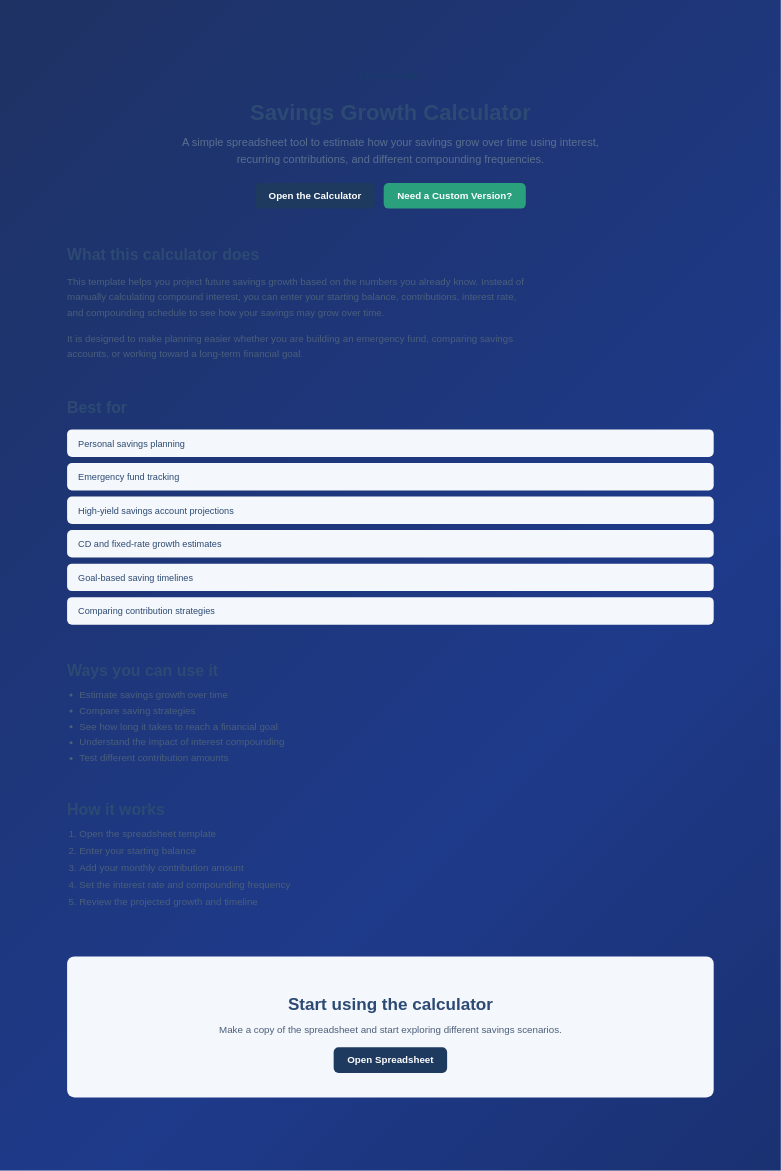
Repository: kmm569/gothamsolutions
Page: templates/savings-growth-calculator/index.html
The author's editor kept a copy of each file at every save. The page is drawn from the files as they stood at one save, then again after the next save.
The browser window is 1280 px wide. The pictures show the whole page, at 61% of full size.

Above is the page before, as saved 2026-03-16 18:29:56.
Not found: components/footer.js
Not found: components/header.js

### templates/savings-growth-calculator/index.html
<!DOCTYPE html>
<html lang="en">
<head>
	<meta charset="UTF-8">
	<meta name="viewport" content="width=device-width, initial-scale=1.0">
	<title>Savings Growth Calculator | Gotham Solutions</title>
	<meta name="description" content="Use this free Savings Growth Calculator to estimate account growth over time with interest, recurring contributions, and different compounding frequencies.">
	<meta name="keywords" content="savings growth calculator, compound interest calculator, savings calculator, google sheets savings calculator, APY calculator, CD calculator, high yield savings calculator, Gotham Solutions">
	<meta name="author" content="Gotham Solutions">
	<meta name="robots" content="index, follow">
	<link rel="canonical" href="https://solutions.gothamstudio.us/templates/savings-growth-calculator/">

	<meta property="og:type" content="website">
	<meta property="og:title" content="Savings Growth Calculator | Gotham Solutions">
	<meta property="og:description" content="Estimate how your savings can grow with compound interest, recurring deposits, and flexible compounding options.">
	<meta property="og:url" content="https://solutions.gothamstudio.us/templates/savings-growth-calculator.html">
	<meta property="og:site_name" content="Gotham Solutions">

	<meta name="twitter:card" content="summary_large_image">
	<meta name="twitter:title" content="Savings Growth Calculator | Gotham Solutions">
	<meta name="twitter:description" content="A free spreadsheet-based calculator for projecting savings growth over time.">

	<link rel="stylesheet" href="../../styles.css">
<link rel="stylesheet" href="../template.css">
<link rel="icon" type="image/x-icon" href="../../icons/favicon.ico">
</head>
<body class="template-page">

<div id="site-header"></div>

<main class="container">

	<section class="template-hero">
		<p class="template-eyebrow">Free Template</p>

		<h1>Savings Growth Calculator</h1>

		<p class="template-subtitle">
			A simple spreadsheet tool to estimate how your savings grow over time using interest,
			recurring contributions, and different compounding frequencies.
		</p>

		<div class="template-actions">
			<a class="primary-btn"
			   href="https://docs.google.com/spreadsheets/d/1VT0dD_Vo8HOYTShhIwzNmFUfpdrWOXlRCeDaf0q9Vfo/edit?usp=sharing"
			   target="_blank">Open the Calculator</a>

			<a class="secondary-btn"
			   href="/contact/">Need a Custom Version?</a>
		</div>
	</section>


	<section class="template-description">

		<h2>What this calculator does</h2>

		<p>
			This template helps you project future savings growth based on the numbers you already
			know. Instead of manually calculating compound interest, you can enter your starting
			balance, contributions, interest rate, and compounding schedule to see how your savings
			may grow over time.
		</p>

		<p>
			It is designed to make planning easier whether you are building an emergency fund,
			comparing savings accounts, or working toward a long-term financial goal.
		</p>

	</section>


	<section class="template-features">

		<h2>Best for</h2>

		<ul class="feature-list">
			<li>Personal savings planning</li>
			<li>Emergency fund tracking</li>
			<li>High-yield savings account projections</li>
			<li>CD and fixed-rate growth estimates</li>
			<li>Goal-based saving timelines</li>
			<li>Comparing contribution strategies</li>
		</ul>

	</section>


	<section class="template-use-cases">

		<h2>Ways you can use it</h2>

		<ul>
			<li>Estimate savings growth over time</li>
			<li>Compare saving strategies</li>
			<li>See how long it takes to reach a financial goal</li>
			<li>Understand the impact of interest compounding</li>
			<li>Test different contribution amounts</li>
		</ul>

	</section>


	<section class="template-how-it-works">

		<h2>How it works</h2>

		<ol>
			<li>Open the spreadsheet template</li>
			<li>Enter your starting balance</li>
			<li>Add your monthly contribution amount</li>
			<li>Set the interest rate and compounding frequency</li>
			<li>Review the projected growth and timeline</li>
		</ol>

	</section>


	<section class="template-cta">

		<h2>Start using the calculator</h2>

		<p>
			Make a copy of the spreadsheet and start exploring different savings scenarios.
		</p>

		<div class="template-actions">
			<a class="primary-btn"
			   href="https://docs.google.com/spreadsheets/d/1VT0dD_Vo8HOYTShhIwzNmFUfpdrWOXlRCeDaf0q9Vfo/edit?usp=sharing"
			   target="_blank">Open Spreadsheet</a>
		</div>

	</section>

</main>

<div id="site-footer"></div>

<script src="../../components/header.js"></script>
<script src="../../components/footer.js"></script>

</body>
</html>

### styles.css
*,
*::before,
*::after {
	box-sizing: border-box;
}

body {
	background: #ffffff;
	color: #1a3d6b;
	font-family: Arial, sans-serif;
	margin: 0;
	padding: 0;
	display: flex;
	flex-direction: column;
	min-height: 100vh;
}

header {
	position: sticky;
	top: 0;
	z-index: 100;

	display: flex;
	flex-direction: column;
	align-items: center;
	justify-content: center;

	height: 78px;

	padding: 6px 20px;

	background: rgba(255, 255, 255, 0.9);
	backdrop-filter: blur(6px);

	box-shadow: 0 2px 10px rgba(0, 0, 0, 0.08);
}

.logo-container {
	display: flex;
	align-items: center;
	gap: 10px;

	flex-shrink: 0;

	height: 44px;
	overflow: hidden;

	transition:
		max-height 0.25s ease,
		opacity 0.2s ease,
		transform 0.25s ease;
}

/* compact header when scrolling
header.scrolled {
	padding: 10px 20px;
	box-shadow: 0 6px 18px rgba(0, 0, 0, 0.15);
}*/

header.scrolled .logo-container {
	max-height: 0;
	opacity: 0;
	transform: translateY(-10px);
}

@media (max-width: 600px) {
	header {
		padding: 16px 12px;
	}
}

header h1 {
	font-size: 22px;
	margin: 0;
}

.logo {
	height: 34px;
	width: auto;
}

nav ul {
	display: flex;
	gap: 28px;
	list-style: none;
	padding: 0;
	margin: 4px 0 0 0;
}

.nav-link {
	text-decoration: none;

	color: #334155;
	font-weight: 500;

	position: relative;

	transition: color 0.2s ease;
}

.nav-link:hover {
	color: #2563eb;
}

.nav-link::after {
	content: "";

	position: absolute;
	left: 0;
	bottom: -4px;

	width: 0;
	height: 2px;

	background: #2563eb;

	transition: width 0.2s ease;
}

.nav-link:hover::after {
	width: 100%;
}

main {
	flex: 1;
	padding: 40px 20px;
	width: 100%;
	max-width: 1100px;
	margin: 0 auto;
}

/* HERO */

.hero {
	text-align: center;
	margin-bottom: 50px;
}

.hero h2 {
	font-size: 2em;
	margin-bottom: 15px;
}

.hero-text {
	max-width: 650px;
	margin: auto;
	font-size: 1.1em;
	line-height: 1.5;
}

.hero-sub {
	margin-top: 0.75rem;
	font-size: 0.95rem;
	color: #5a6b82;
}

@media (max-width: 600px) {
	.hero-text {
		max-width: 100%;
		padding: 0 6px;
	}
}

.hero-buttons {
	margin-top: 20px;
	display: flex;
	gap: 15px;
	justify-content: center;
	flex-wrap: wrap;
}

/* BUTTONS */

.button-primary {
	background: #1a3d6b;
	color: white;
	padding: 12px 24px;
	border-radius: 8px;
	text-decoration: none;
	font-weight: bold;
}

.button-secondary {
	background: #16a085;
	color: white;
	padding: 12px 24px;
	border-radius: 8px;
	text-decoration: none;
	font-weight: bold;
}

@media (max-width: 600px) {
	.button-primary,
	.button-secondary {
		padding: 10px 18px;
		font-size: 0.95em;
	}
}

/* SERVICES */

.services {
	margin-bottom: 50px;
	margin-top: 0;
	padding-top: 1rem;
}

.services h2 {
	text-align: center;
	margin-bottom: 25px;
}

.service-grid {
	display: grid;
	grid-template-columns: repeat(auto-fit, minmax(220px, 1fr));
	gap: 20px;
}

@media (max-width: 600px) {
	.service-grid {
		grid-template-columns: 1fr;
		gap: 18px;
	}
}

.service-card {
	background: #f5f5f5;
	padding: 20px;
	border-radius: 10px;
	box-shadow: 0 4px 10px rgba(0, 0, 0, 0.1);
}

/* PROCESS */

.process {
	margin-bottom: 20px;
}

.process h2 {
	text-align: center;
	margin-bottom: 25px;
}

.process-grid {
	display: grid;
	grid-template-columns: repeat(auto-fit, minmax(220px, 1fr));
	gap: 20px;
}

.process-step {
	background: #f5f5f5;
	padding: 20px;
	border-radius: 10px;
	box-shadow: 0 4px 10px rgba(0, 0, 0, 0.1);
}

/* CTA */

.cta {
	text-align: center;
	background: #f5f5f5;
	padding: 30px;
	border-radius: 10px;
	max-width: 700px;
	margin: 0 auto;
}

.cta p {
	max-width: 600px;
	margin: 10px auto 20px auto;
}

/* FORM */

.contact-section {
	max-width: 900px;
	margin: 60px auto;
	padding: 0 20px;
}

.form-card {
	background: #f5f5f5;
	padding: 30px;
	border-radius: 10px;
	box-shadow: 0 6px 14px rgba(0, 0, 0, 0.15);

	width: 100%;
	max-width: 900px;

	margin: 0 auto;
}

.form-card form {
	width: 100%;
}

form {
	display: flex;
	flex-direction: column;
	gap: 14px;
}

input,
select,
textarea {
	width: 100%;
	padding: 14px;
	font-size: 15px;
}

.submit-button {
	margin-top: 10px;
	padding: 12px;
	border: none;
	background: #1a3d6b;
	color: white;
	font-weight: bold;
	border-radius: 8px;
	cursor: pointer;
}

.submit-button:hover {
	background: #163457;
}

input,
select,
textarea {
	width: 100%;
	padding: 12px;
	border-radius: 6px;
	border: 1px solid #ccc;
	font-size: 14px;
	box-sizing: border-box;
}

/* WHY SECTION */

.why-section {
	margin: 50px 0;
	background: #f5f5f5;
	padding: 30px;
	border-radius: 10px;
	box-shadow: 0 4px 10px rgba(0, 0, 0, 0.1);
}

.why-section h2 {
	text-align: center;
	margin-bottom: 10px;
}

.why-section > p {
	text-align: center;
	max-width: 650px;
	margin: 0 auto 25px auto;
}

footer {
	background: #e0e0e0;
	padding: 12px;
	text-align: center;
}

/* WHY GOTHAM SOLUTIONS LIST */

.about-points {
	list-style: none;
	padding: 0;
	margin-top: 20px;

	display: flex;
	flex-direction: column;
	gap: 18px;
}

.about-points li {
	position: relative;
	padding-left: 34px;
	line-height: 1.5;
}

.about-points li::before {
	content: "";

	position: absolute;
	left: 0;
	top: 3px;

	width: 16px;
	height: 16px;

	background-color: #2c3e50;

	mask: url("/icons/target.svg") no-repeat center;
	mask-size: contain;

	-webkit-mask: url("/icons/target.svg") no-repeat center;
	-webkit-mask-size: contain;
}

body {
	background: linear-gradient(-45deg, #0f172a, #1e3a8a, #1e293b, #2563eb);

	background-size: 400% 400%;
	animation: gradientShift 15s ease infinite;

	min-height: 100vh;
}

@keyframes gradientShift {
	0% {
		background-position: 0% 50%;
	}
	50% {
		background-position: 100% 50%;
	}
	100% {
		background-position: 0% 50%;
	}
}

.content-wrapper {
	max-width: 1100px;
	margin: 40px auto;
	padding: 40px;

	background: rgba(255, 255, 255, 0.85);

	border-radius: 14px;

	box-shadow: 0 10px 30px rgba(0, 0, 0, 0.25);

	backdrop-filter: blur(6px);
}

.service-card,
.process-step {
	background: #ffffff;
	border-radius: 12px;

	padding: 24px;

	box-shadow: 0 6px 18px rgba(0, 0, 0, 0.08);

	transition:
		transform 0.2s ease,
		box-shadow 0.2s ease;
}

.service-card:hover,
.process-step:hover {
	transform: translateY(-6px);

	box-shadow: 0 14px 32px rgba(0, 0, 0, 0.15);
}

.service-card::before,
.process-step::before {
	content: "";
	display: block;

	height: 4px;
	width: 40px;

	background: #2563eb;

	border-radius: 4px;

	margin-bottom: 12px;
}

.templates-grid {
	display: grid;
	grid-template-columns: repeat(auto-fit, minmax(260px, 1fr));
	gap: 24px;
	margin-top: 30px;
}

.template-card {
	background: #ffffff;
	border-radius: 12px;
	padding: 24px;

	box-shadow: 0 6px 18px rgba(0, 0, 0, 0.08);

	display: flex;
	flex-direction: column;
	gap: 12px;

	transition:
		transform 0.2s ease,
		box-shadow 0.2s ease;
}

.template-card:hover {
	transform: translateY(-6px);
	box-shadow: 0 14px 32px rgba(0, 0, 0, 0.15);
}

.template-preview {
	width: 100%;
	max-height: 420px;

	object-fit: cover;

	border-radius: 10px;
	margin-bottom: 16px;

	box-shadow: 0 8px 20px rgba(0, 0, 0, 0.18);
}

.template-gallery {
	display: flex;
	gap: 12px;
	margin-bottom: 18px;
	flex-wrap: wrap;
}

.template-gallery img {
	width: 90px;
	height: 65px;

	object-fit: cover;

	border-radius: 6px;
	cursor: pointer;

	transition:
		transform 0.15s ease,
		box-shadow 0.15s ease;
}

.template-gallery img:hover {
	transform: scale(1.05);
	box-shadow: 0 6px 12px rgba(0, 0, 0, 0.15);
}

.template-card .button-primary {
	width: 100%;
	text-align: center;
}

.review-grid {
	display: grid;
	grid-template-columns: repeat(auto-fit, minmax(260px, 1fr));
	gap: 24px;
	margin-top: 32px;
}

.review-card {
	background: #fff;
	padding: 24px;
	border-radius: 10px;
	box-shadow: 0 4px 12px rgba(0, 0, 0, 0.08);
}

.review-card p {
	margin: 10px 0;
}

.stars {
	color: #f5b301;
	font-size: 18px;
}

.review-average {
	font-size: 20px;
	margin-bottom: 20px;
}

.review-form {
	max-width: 600px;
	margin-top: 24px;
	display: flex;
	flex-direction: column;
	gap: 12px;
}

.review-form label {
	margin-top: 8px;
}

.review-form input,
.review-form textarea,
.review-form select {
	padding: 10px;
	border: 1px solid #ccc;
	border-radius: 6px;
	font-size: 14px;
}

.review-form textarea {
	min-height: 120px;
	resize: vertical;
}

.review-form button {
	margin-top: 16px;
	padding: 12px;
	background: #1d3557;
	color: white;
	border: none;
	border-radius: 6px;
	cursor: pointer;
	font-weight: 600;
}

.review-form button:hover {
	background: #274777;
}

.review-form {
	max-width: 600px;
	margin: 24px auto 0 auto;
	display: flex;
	flex-direction: column;
	gap: 12px;
}

.review-card strong {
	display: block;
	margin-top: 8px;
	color: #1a3d6b;
}

.review-empty {
	text-align: center;
	max-width: 520px;
	margin: 60px auto 40px auto;
}

.review-empty h3 {
	margin: 10px 0 8px 0;
}

.review-empty p {
	margin-bottom: 14px;
	color: #475569;
	line-height: 1.5;
}

.review-empty .stars {
	font-size: 28px;
	margin-bottom: 12px;
}

.star-rating {
	color: #ccc;
	cursor: pointer;
	user-select: none;
	font-size: 28px;

	display: flex;
	align-items: center;
	gap: 4px;

	margin: 6px 0 6px 0;
}

.star-rating span {
	margin-right: 6px;
	transition: color 0.15s ease;
}

.star-rating span.active {
	color: #f5b301;
}

.star-rating span:hover {
	color: #f5b301;
	transform: scale(1.1);
}

.anon-option {
	display: flex;
	align-items: center;
	gap: 8px;
	font-size: 14px;
	margin-top: 6px;
	margin: 4px 0 8px 0;
}

.anon-option input {
	width: auto;
	margin: 0;
}

.review-form input:disabled {
	background: #f2f2f2;
	color: #777;
	cursor: not-allowed;
}

.footer-nav {
	margin-bottom: 0.75rem;
}

.footer-nav a {
	margin: 0 0.75rem;
	color: inherit;
	text-decoration: none;
	font-weight: 500;
}

.footer-nav a:hover {
	text-decoration: underline;
}

footer {
	background: #0f172a;
	color: #e2e8f0;
	margin-top: 60px;
}

.footer-inner {
	max-width: 1100px;
	margin: auto;
	padding: 40px 20px;
}

.footer-grid {
	display: grid;
	grid-template-columns: repeat(auto-fit, minmax(200px, 1fr));
	gap: 32px;
}

.footer-brand h3 {
	margin-bottom: 10px;
}

.footer-brand p {
	color: #94a3b8;
	line-height: 1.6;
}

.footer-links h4,
.footer-contact h4 {
	margin-bottom: 10px;
}

.footer-links nav {
	display: flex;
	flex-direction: column;
	gap: 6px;
}

.footer-links a,
.footer-contact a {
	color: #cbd5f5;
	text-decoration: none;
}

.footer-links a:hover,
.footer-contact a:hover {
	text-decoration: underline;
}

.footer-bottom {
	margin-top: 30px;
	padding-top: 20px;
	border-top: 1px solid #334155;
	text-align: center;
	font-size: 0.9rem;
	color: #94a3b8;
}

.review-loading,
.review-error {
	text-align: center;
	max-width: 520px;
	margin: 32px auto 16px auto;
	padding: 32px 24px;
	background: #fff;
	border-radius: 12px;
	box-shadow: 0 4px 12px rgba(0, 0, 0, 0.08);
}

.review-loading h3,
.review-error h3 {
	margin: 12px 0 8px 0;
}

.review-loading p,
.review-error p {
	margin: 0;
	color: #475569;
	line-height: 1.5;
}

.review-loading-spinner {
	width: 40px;
	height: 40px;
	margin: 0 auto 12px auto;
	border: 4px solid #dbe4f0;
	border-top-color: #1d3557;
	border-radius: 50%;
	animation: reviewSpin 0.8s linear infinite;
}

@keyframes reviewSpin {
	from {
		transform: rotate(0deg);
	}
	to {
		transform: rotate(360deg);
	}
}

.review-readmore {
	background: none;
	border: none;
	color: #1d3557;
	font-weight: 600;
	cursor: pointer;
	margin-top: 6px;
	padding: 0;
	font-size: 0.9rem;
}

.review-readmore:hover {
	text-decoration: underline;
}
/* MOBILE HEADER + BURGER */

.site-header {
	background: #ffffff;
	border-bottom: 1px solid #e2e8f0;
	position: sticky;
	top: 0;
	z-index: 100;
}

.header-inner {
	max-width: 1100px;
	margin: auto;
	padding: 16px 20px;

	display: flex;
	align-items: center;
	justify-content: space-between;
}

/* logo */

.logo-link {
	display: flex;
	align-items: center;
	gap: 8px;

	text-decoration: none;
	color: #1e293b;
}

.logo {
	height: 26px;
	width: auto;
}

.logo-text {
	font-size: 18px;
	font-weight: 600;
}

/* nav */

.main-nav ul {
	display: flex;
	gap: 22px;
	list-style: none;
	margin: 0;
	padding: 0;
}

.nav-link {
	text-decoration: none;
	color: #1e293b;
	font-weight: 500;
}

.nav-link:hover {
	color: #1d3557;
}

/* burger */

.nav-toggle {
	display: none;
	background: none;
	border: none;
	cursor: pointer;

	margin-left: auto;

	width: 30px;
	height: 22px;

	position: relative;
	flex-shrink: 0;
}

.nav-toggle .bar {
	position: absolute;
	left: 0;

	width: 100%;
	height: 2px;

	background: #1e293b;

	transition: all 0.25s ease;
}

.nav-toggle .bar:nth-child(1) {
	top: 0;
}

.nav-toggle .bar:nth-child(2) {
	top: 10px;
}

.nav-toggle .bar:nth-child(3) {
	top: 20px;
}

/* burger animation */

.nav-toggle.toggle-open .bar:nth-child(1) {
	transform: rotate(45deg);
	top: 10px;
}

.nav-toggle.toggle-open .bar:nth-child(2) {
	opacity: 0;
}

.nav-toggle.toggle-open .bar:nth-child(3) {
	transform: rotate(-45deg);
	top: 10px;
}

/* mobile nav */

@media (max-width: 900px) {

	.header-inner {
	width: 100%;
	max-width: none;
	padding: 16px 16px;
}
	.nav-toggle {
		display: block;
	}

	.main-nav {
		position: absolute;
		top: 70px;
		left: 0;

		width: 100%;
		background: #ffffff;

		border-bottom: 1px solid #e2e8f0;

		max-height: 0;
		overflow: hidden;

		transition: max-height 0.25s ease;
	}

	.main-nav ul {
		flex-direction: column;
		padding: 18px 20px;
		gap: 0;
	}

	.main-nav li {
		padding: 14px 0;
		border-bottom: 1px solid #f1f5f9;
	}

	.main-nav li:last-child {
		border-bottom: none;
	}

	.main-nav.nav-open {
		max-height: 420px;
	}
}

/* DESKTOP HEADER FIX */

@media (min-width: 769px) {

	.header-inner {
		max-width: 1100px;
		margin: 0 auto;
		width: 100%;
		display: flex;
		align-items: center;
		justify-content: space-between;
	}

}

/* mobile */
@media (max-width: 768px) {

	.header-inner {
		max-width: none;
		width: 100%;
		margin: 0;
		padding: 16px 20px;
	}

}

### templates/template.css
/* ===========================
   TEMPLATE PAGE
=========================== */

.template-page {
	padding-top: 60px;
	padding-bottom: 80px;
}


/* ===========================
   HERO
=========================== */

.template-hero {
	text-align: center;
	margin-bottom: 40px;
}

.template-hero h1 {
	font-size: 36px;
	font-weight: 700;
	color: #2c4a73;
	margin-bottom: 15px;
}

.template-subtitle {
	font-size: 18px;
	color: #5a6f8f;
	max-width: 700px;
	margin: 0 auto 25px auto;
	line-height: 1.5;
}


/* ===========================
   ACTION BUTTONS
=========================== */

.template-actions {
	display: flex;
	justify-content: center;
	gap: 15px;
	margin-top: 15px;
}

.primary-btn {
	background: #1e3a5f;
	color: #fff;
	padding: 12px 22px;
	border-radius: 8px;
	font-weight: 600;
	text-decoration: none;
	transition: background 0.2s ease;
}

.primary-btn:hover {
	background: #2c4a73;
}

.secondary-btn {
	background: #2aa07c;
	color: #fff;
	padding: 12px 22px;
	border-radius: 8px;
	font-weight: 600;
	text-decoration: none;
	transition: background 0.2s ease;
}

.secondary-btn:hover {
	background: #238a6a;
}


/* ===========================
   TEMPLATE PREVIEW
=========================== */

.template-main-preview {
	text-align: center;
	margin: 50px 0;
}

.template-preview-image {
	width: 100%;
	max-width: 900px;
	border-radius: 12px;
	box-shadow: 0 10px 25px rgba(0,0,0,0.08);
}


/* ===========================
   CONTENT SECTIONS
=========================== */

.template-description,
.template-features,
.template-use-cases,
.template-how-it-works {
	margin-top: 60px;
}

.template-description h2,
.template-features h2,
.template-use-cases h2,
.template-how-it-works h2 {
	font-size: 26px;
	color: #2c4a73;
	margin-bottom: 15px;
}

.template-description p,
.template-use-cases p {
	font-size: 16px;
	line-height: 1.6;
	color: #4b5f7b;
	max-width: 750px;
}


/* ===========================
   FEATURES LIST
=========================== */

.feature-list {
	list-style: none;
	padding: 0;
	margin-top: 20px;
}

.feature-list li {
	background: #f4f7fb;
	padding: 14px 18px;
	margin-bottom: 10px;
	border-radius: 8px;
	font-size: 15px;
	color: #2c4a73;
}


/* ===========================
   USE CASE LIST
=========================== */

.template-use-cases ul {
	margin-top: 15px;
	padding-left: 20px;
}

.template-use-cases li {
	margin-bottom: 8px;
	color: #4b5f7b;
}


/* ===========================
   HOW IT WORKS
=========================== */

.template-how-it-works ol {
	margin-top: 15px;
	padding-left: 20px;
}

.template-how-it-works li {
	margin-bottom: 10px;
	color: #4b5f7b;
}


/* ===========================
   FINAL CTA
=========================== */

.template-cta {
	text-align: center;
	margin-top: 80px;
	padding: 40px;
	background: #f4f7fb;
	border-radius: 12px;
}

.template-cta h2 {
	font-size: 28px;
	color: #2c4a73;
	margin-bottom: 10px;
}

.template-cta p {
	margin-bottom: 20px;
	color: #4b5f7b;
}

### js/layout.js
async function loadComponent(id, url)
{
	const element = document.getElementById(id);

	if (!element) return;

	try
	{
		const res = await fetch(url);

		if (!res.ok)
		{
			throw new Error("Component failed to load");
		}

		const html = await res.text();

		element.innerHTML = html;

		if (id === "site-header")
		{
			initMobileNav();
		}
	}
	catch (err)
	{
		console.error("Layout load error:", err);
	}
}

function initMobileNav()
{
	const toggle = document.getElementById("nav-toggle");
	const nav = document.getElementById("main-nav");

	if (!toggle || !nav) return;

	toggle.addEventListener("click", () =>
	{
		nav.classList.toggle("nav-open");
		toggle.classList.toggle("toggle-open");
	});
}

document.addEventListener("DOMContentLoaded", () =>
{
	loadComponent("site-header", "/components/header.html");
	loadComponent("site-footer", "/components/footer.html");
});

### components/header.html
<header class="site-header">

	<div class="header-inner">

		<div class="logo-container">

			<a href="/" class="logo-link">
				<img src="/LogoSolo.png" alt="Gotham Solutions Logo" class="logo">
				<span class="logo-text">Gotham Solutions</span>
			</a>

		</div>

		<button class="nav-toggle" id="nav-toggle" aria-label="Toggle navigation">

			<span class="bar"></span>
			<span class="bar"></span>
			<span class="bar"></span>

		</button>

		<nav class="main-nav" id="main-nav">

			<ul>

				<li><a href="/" class="nav-link">Home</a></li>
				<li><a href="/services/" class="nav-link">Services</a></li>
				<li><a href="/templates/" class="nav-link">Templates</a></li>
				<li><a href="/about/" class="nav-link">About</a></li>
				<li><a href="/contact/" class="nav-link">Contact</a></li>
				<li><a href="/reviews/" class="nav-link">Reviews</a></li>
				<li><a href="/faq/" class="nav-link">FAQ</a></li>

			</ul>

		</nav>

	</div>

</header>

### components/footer.html
<footer>

	<div class="footer-inner">

		<div class="footer-grid">

			<div class="footer-brand">

				<h3>Gotham Solutions</h3>

				<p>
					Custom spreadsheet systems, dashboards, and workflow automation
					for small businesses.
				</p>

			</div>

			<div class="footer-links">

				<h4>Navigation</h4>

				<nav>

					<a href="/">Home</a>
					<a href="/services/">Services</a>
					<a href="/templates/">Templates</a>
					<a href="/about/">About</a>
					<a href="/contact/">Contact</a>
					<a href="/reviews/">Reviews</a>
					<a href="/faq/">FAQ</a>

				</nav>

			</div>

			<div class="footer-contact">

				<h4>Contact</h4>

				<p>Gotham Solutions</p>

				<p>
					<a href="mailto:Solutions@gothamstudio.us">
						Solutions@GothamStudio.US
					</a>
				</p>

			</div>

		</div>

		<div class="footer-bottom">

			<p>© 2026 Gotham Solutions</p>

		</div>

	</div>

</footer>

After the next save:
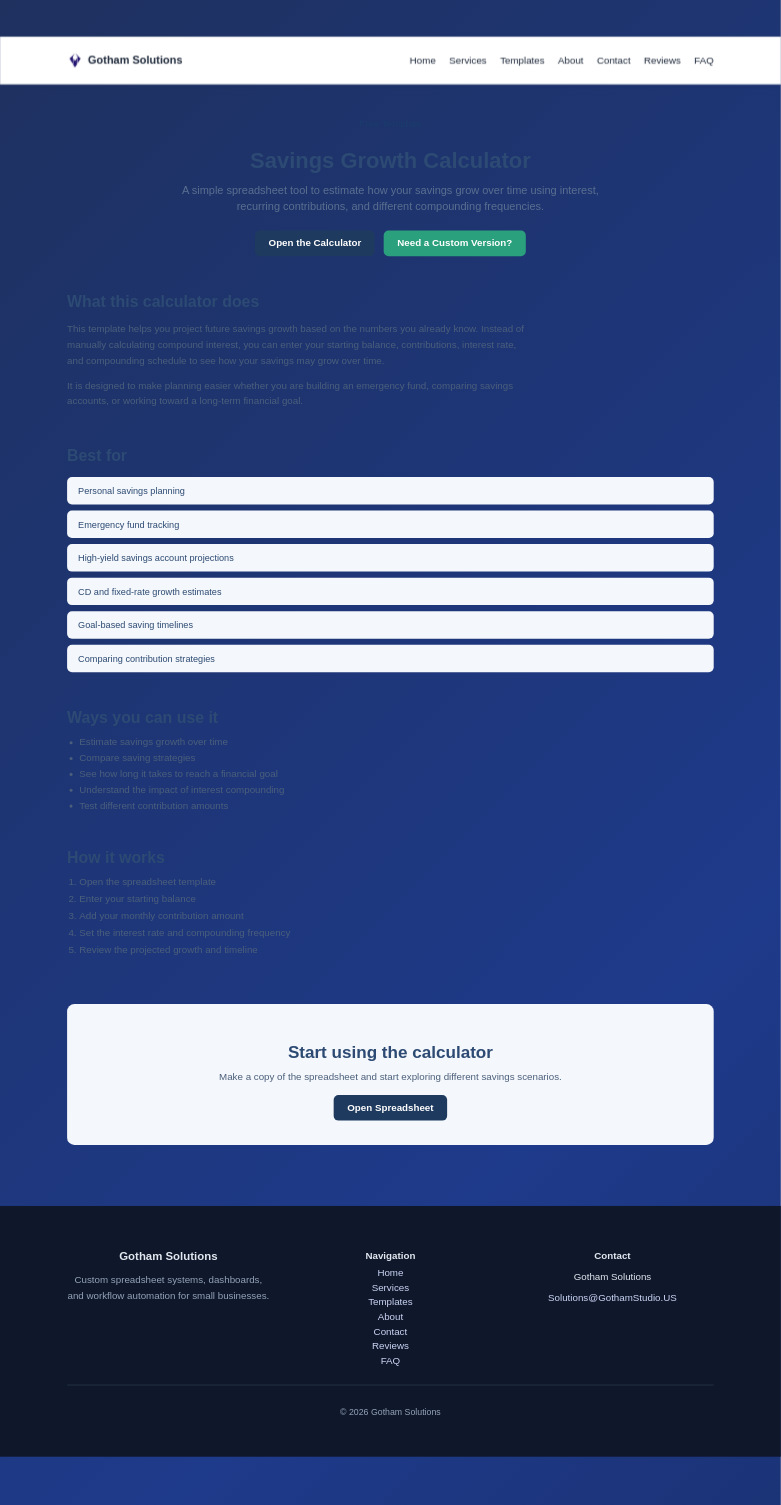
Saved 39 s later.
--- a/templates/savings-growth-calculator/index.html
+++ b/templates/savings-growth-calculator/index.html
@@ -136,8 +136,7 @@
 
 <div id="site-footer"></div>
 
-<script src="../../components/header.js"></script>
-<script src="../../components/footer.js"></script>
+<script src="../../js/layout.js"></script>
 
 </body>
 </html>
